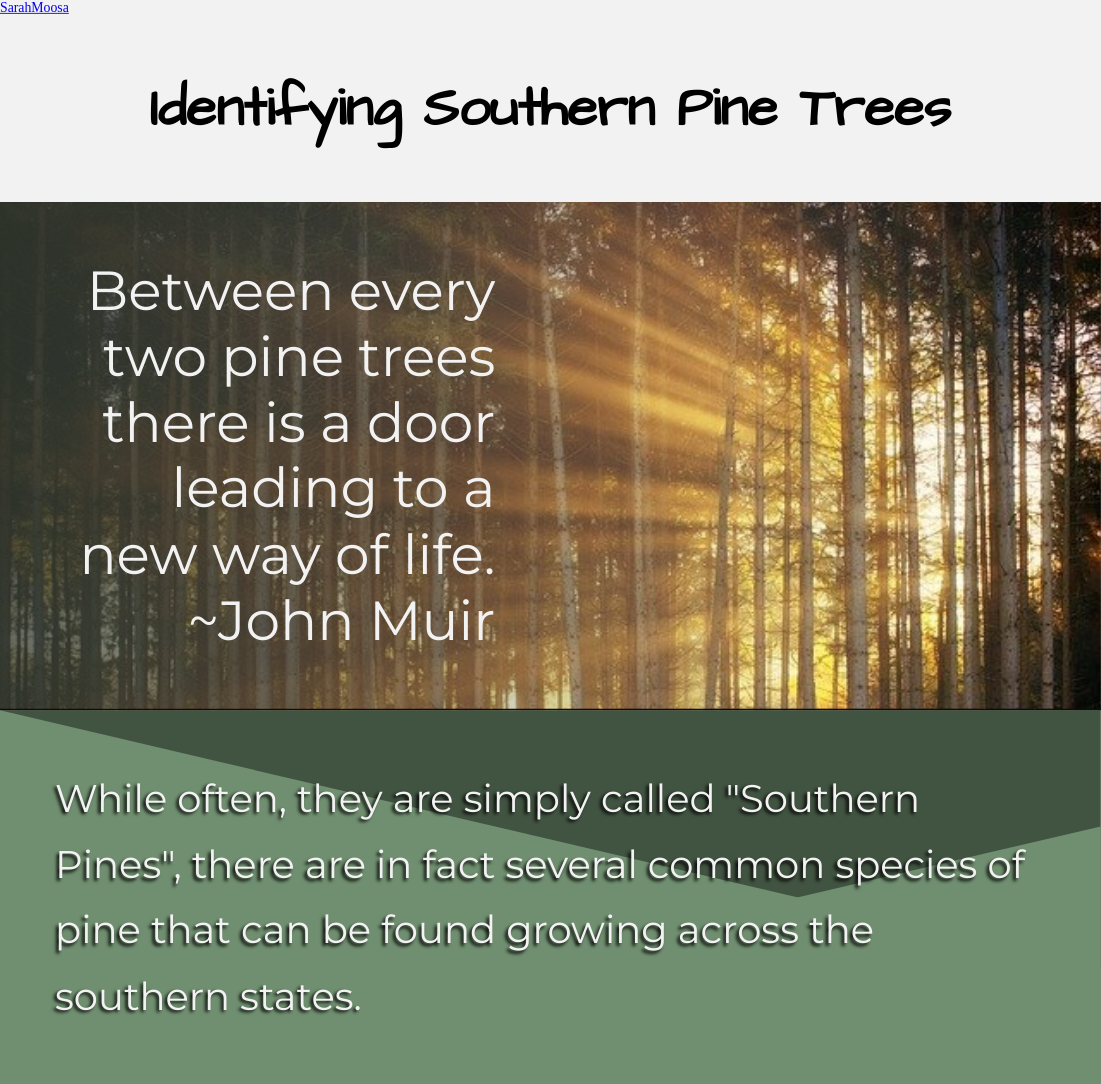
Repository: Sbethm/louisianaPineTrees
Page: pine_main.html
An editor plug-in stored every save of this project. The page is shown before and after the next save, followed by the edit.
The browser window is 1280 px wide. The pictures show the whole page, at 86% of full size.
The style sheet was rebuilt from its Sass, Less or Tailwind sources for each picture, by a compiler version that may differ from the author's.

Above is the page before, as saved 2021-09-23 12:06:47.

After the next save:
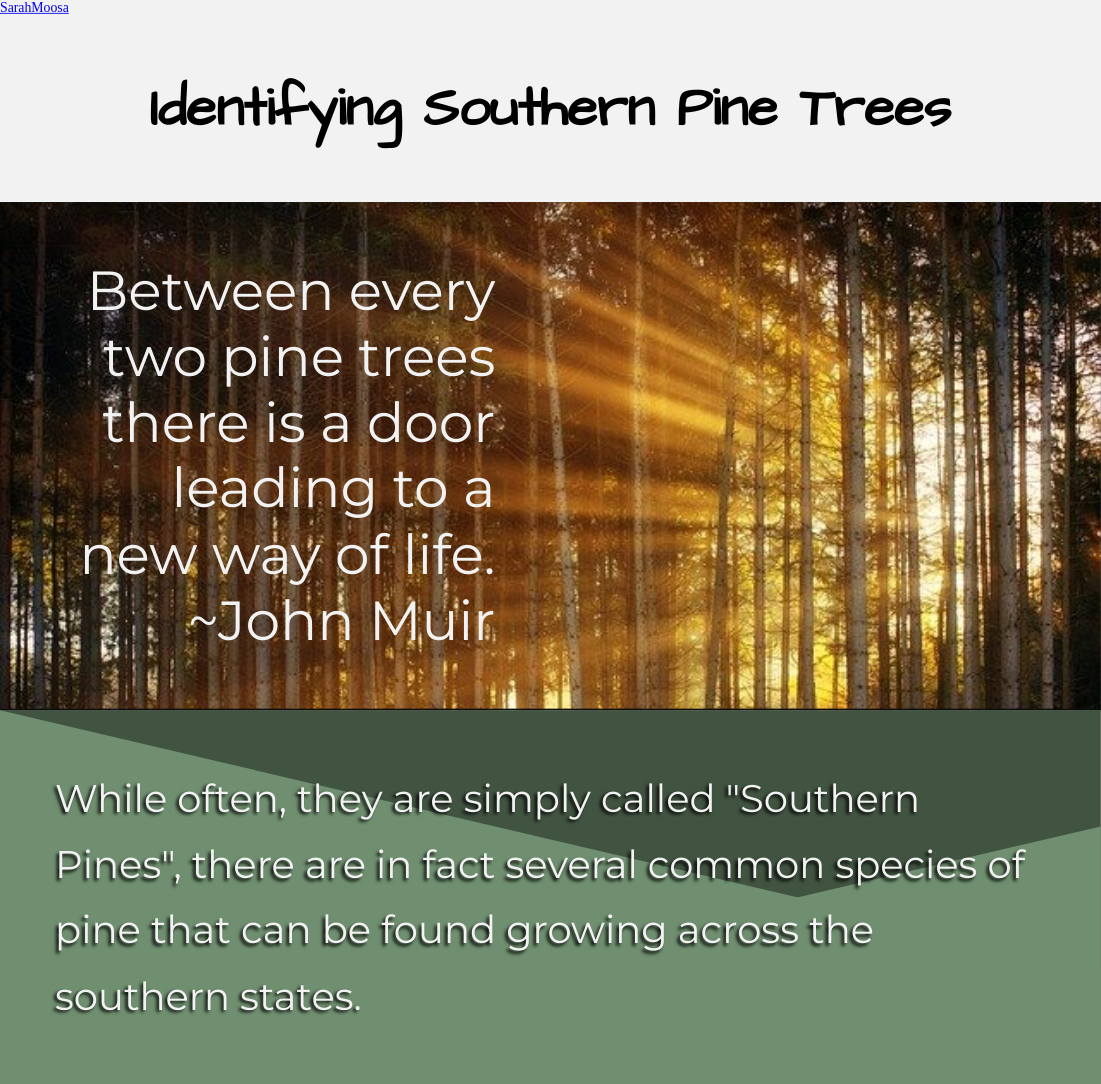
Saved 30 s later.
--- a/src/scss/main.scss
+++ b/src/scss/main.scss
@@ -34,9 +34,9 @@
     background-color: $mainColorDr;
 }
 
-.background-grad {
-    background: linear-gradient(90deg, rgba(57,64,53,0.7721463585434174) 0%, rgba(242,242,242,0.19791666666666663) 66%, rgba(242,242,242,0) 100%);
-}
+// .background-grad {
+//     background: linear-gradient(90deg, rgba(57,64,53,0.7721463585434174) 0%, rgba(242,242,242,0.19791666666666663) 66%, rgba(242,242,242,0) 100%);
+// }
 
 .intro-container {
     background-image: url(../img/forest-pine.jpg);

After the 3 saves that followed:
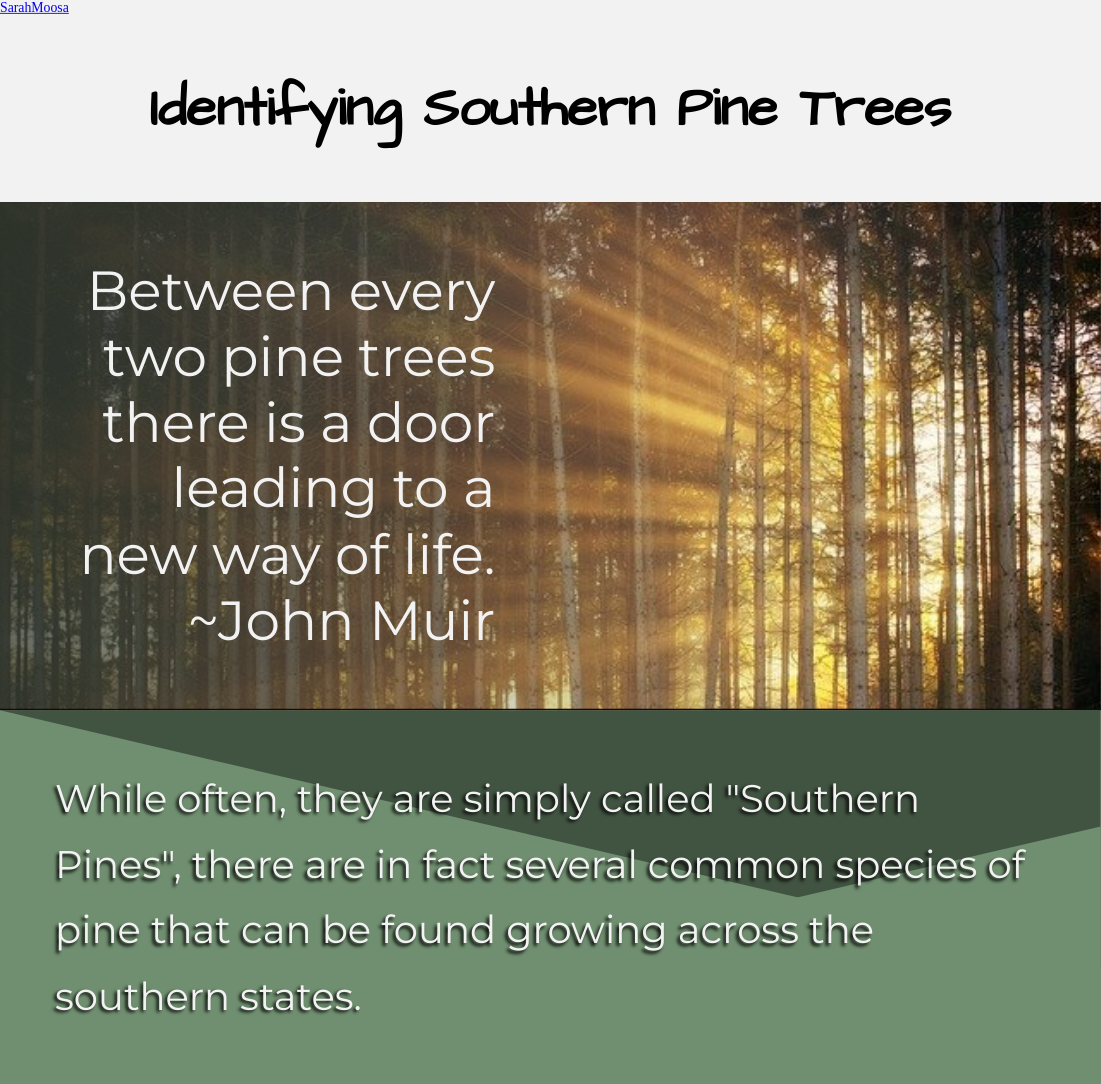
The 3 saves are shown as one change because 1 left the picture as it was and some came seconds apart.
The last was saved 20 s later.
--- a/src/scss/main.scss
+++ b/src/scss/main.scss
@@ -34,9 +34,9 @@
     background-color: $mainColorDr;
 }
 
-// .background-grad {
-//     background: linear-gradient(90deg, rgba(57,64,53,0.7721463585434174) 0%, rgba(242,242,242,0.19791666666666663) 66%, rgba(242,242,242,0) 100%);
-// }
+.background-grad {
+    background: linear-gradient(90deg, rgba(57,64,53,0.7721463585434174) 0%, rgba(242,242,242,0.19791666666666663) 66%, rgba(242,242,242,0) 100%);
+}
 
 .intro-container {
     background-image: url(../img/forest-pine.jpg);
